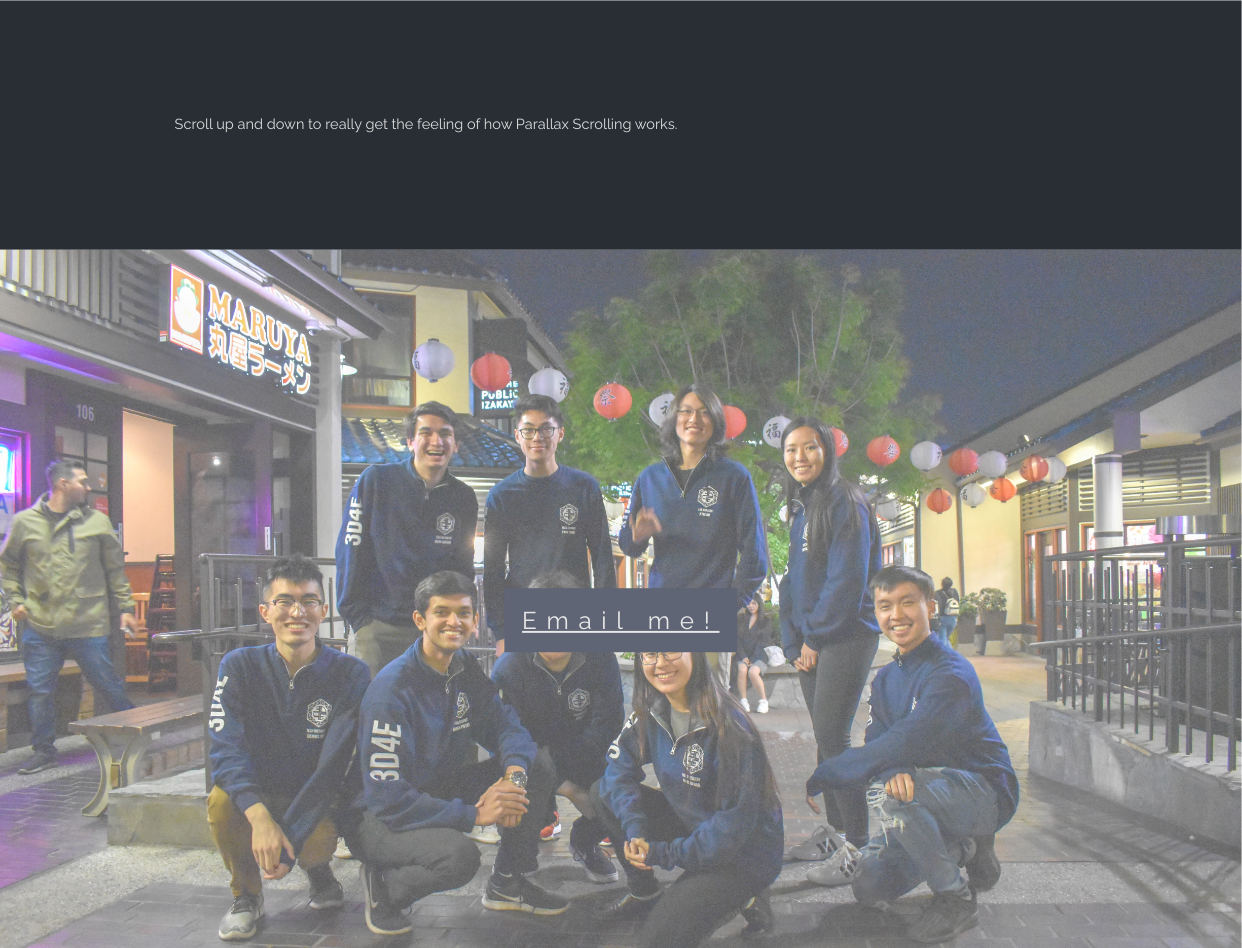
Repository: aliyuanh/me
Page: index.html
An editor plug-in stored every save of this project. The page is shown before and after the next save, followed by the edit.
The browser window is 1280 px wide. The pictures show the part of the page from y = 1986 to 2963 px (the page is 2963 px tall), at 97% of full size.

Above is the page before, as saved 2020-09-17 12:42:41.

### index.html
<!DOCTYPE html>
<html>

<head>
    <link href="https://fonts.googleapis.com/css2?family=Raleway:ital,wght@0,100;0,400;1,400;1,500&display=swap" rel="stylesheet">
    <meta name="viewport" content="width=device-width, initial-scale=1">
    <style>
         :root {
            --oxford-blue: #0b132bff;
            --space-cadet: #1c2541ff;
            --cadet-blue: #4da1a9ff;
            --wheat: #edd4b2ff;
            --mountbatten-pink: #9a7aa0ff;
        }

        body,
        html {
            height: 100%;
            margin: 0;
            font: 400 15px/1.8 "Raleway", sans-serif;
            color: #777;
        }

        .bgimg-1,
        .bgimg-2,
        .bgimg-3 {
            position: relative;
            opacity: 0.65;
            background-attachment: fixed;
            background-position: center;
            background-repeat: no-repeat;
            background-size: cover;
        }

        .bgimg-1 {
            background-image: url("img/tokyo.jpg");
            min-height: 100%;
        }

        .bgimg-2 {
            background-image: url("img/imagineering.jpg");
            min-height: 400px;
        }

        .bgimg-3 {
            background-image: url("img/cmmnd.png");
            min-height: 400px;
        }

        .caption {
            position: absolute;
            left: 0;
            top: 50%;
            width: 100%;
            text-align: center;
            color: #000;
        }

        .caption span.border {
            background-color: var(--oxford-blue);
            color: var(--wheat);
            padding: 18px;
            font-size: 25px;
            letter-spacing: 10px;
        }

        h3 {
            letter-spacing: 5px;
            text-transform: uppercase;
            font: 20px "Raleway", sans-serif;
            color: #111;
        }
        /* Turn off parallax scrolling for tablets and phones */

        .toResume {
            top: 10%;
            width: 100%;
            right: 10%;
            text-align: right;
            color: #000;
            position: absolute;
        }

        .resumeButton {
            background-color: var(--space-cadet);
            color: var(--wheat);
            padding: 18px;
            font-size: 16px;
            letter-spacing: 6px;
        }

        .headers {
            padding: 18px;
            font-size: 25px;
            letter-spacing: 10px;
            background-color: transparent;
            font-size: 35px;
            color: var(--wheat);
        }

        .blockForText {
            color: #ddd;
            background-color: #282E34;
            text-align: center;
            padding: 100px 180px;
            text-align: justify;
        }

        .titleForBlock {
            color: var(--wheat);
            background-color: transparent;
            text-align: center;
            top: 1em;
            font-size: x-large;
            text-shadow: 2px 2px 4px #000;
        }

        @media only screen and (max-device-width: 1024px) {
            .bgimg-1,
            .bgimg-2,
            .bgimg-3 {
                background-attachment: scroll;
            }
        }
        /* CSS HEX */
    </style>
</head>

<body>

    <div class="bgimg-1">
        <div class="toResume">
            <a class="resumeButton" href="https://drive.google.com/file/d/1WPi9M0jbwAtVQjWsxIvFWxaKqeurGUjf/view?usp=sharing">RESUME</a>
        </div>
        <div class="caption">
            <span class="border">AMANDA HAN</span>
        </div>
    </div>

    <div style="color: #777;background-color:white;text-align:center;padding:50px 80px;text-align: justify;">
        <h3 style="text-align:center;">Hi! I'm Amanda.</h3>
        <p>I'm a software developer interested in computer graphics and computer vision. Right now, I'm a junior Computer Science major at UCLA (go Bruins!). You can take a look at my professional work as an intern at Walt Disney Imagineering and Dolby Laboratories,
            as well as my computer graphics work down below.
        </p>
    </div>

    <div class="bgimg-2">
        <div class="caption">
            <span class="headers">PROFESSIONAL EXPERIENCE</span>
        </div>
    </div>

    <div style="position:relative;">
        <div style="color:#ddd;background-color:#282E34;text-align:center;padding:50px 80px;text-align: justify;">
            <p class="titleForBlock">Walt Disney Imagineering</p>
            <p>Scroll up and down to really get the feeling of how Parallax Scrolling works.</p>
        </div>
    </div>

    <div class="bgimg-3">
        <div class="caption">
            <span class="border" style="background-color:transparent;font-size:25px;color: #f7f7f7;">SCROLL UP</span>
        </div>
    </div>

    <div style="position:relative;">
        <div class="blockForText">
            <p>Scroll up and down to really get the feeling of how Parallax Scrolling works.</p>
        </div>
    </div>

    <div class="bgimg-1">
        <div class="caption">
            <span class="border"><a href="mailto: aliyuanh@ucla.edu" style="color:#ddd ">Email me!</a></span>
        </div>
    </div>

</body>

</html>

After the next save:
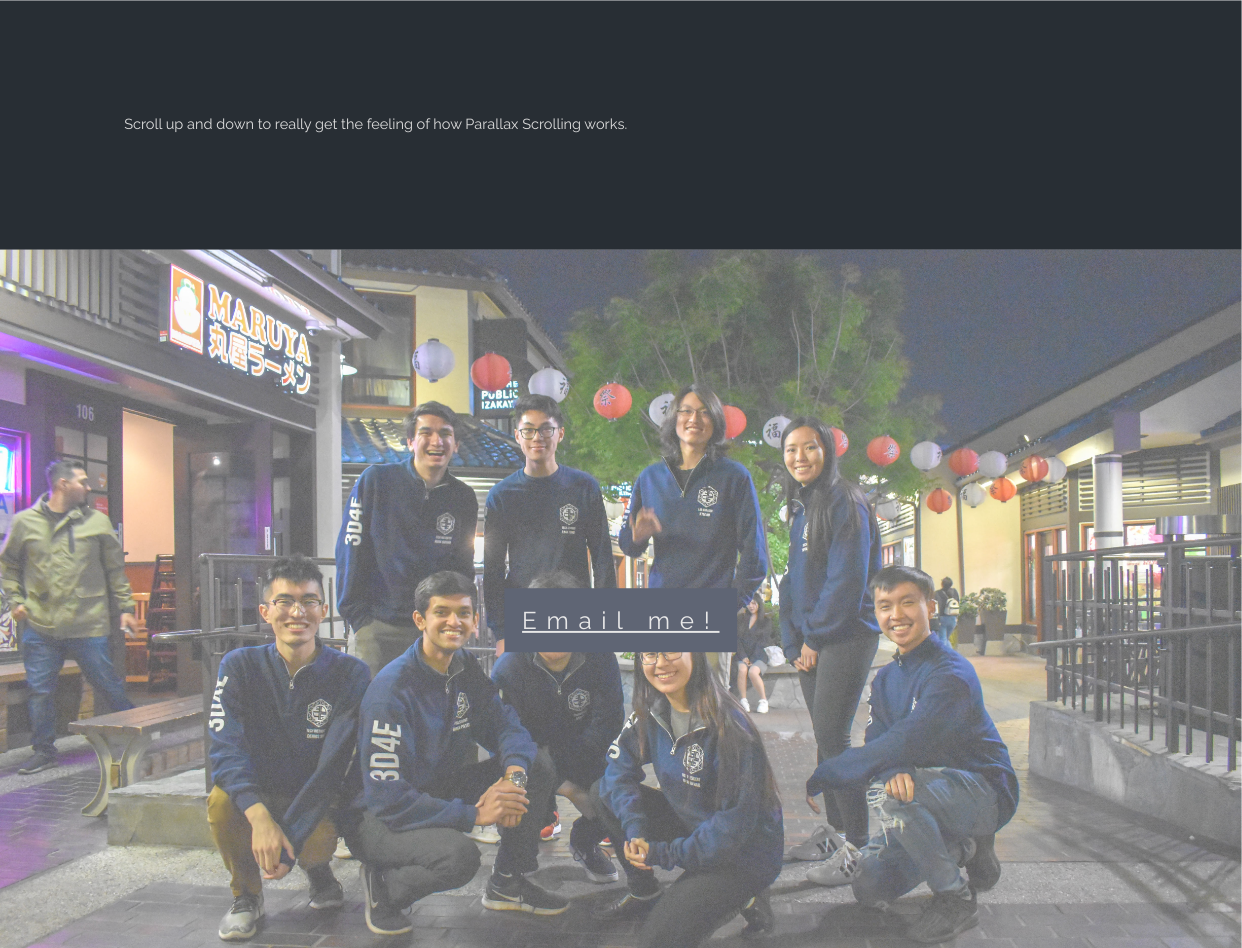
Saved 13 s later.
--- a/index.html
+++ b/index.html
@@ -102,7 +102,7 @@
             color: #ddd;
             background-color: #282E34;
             text-align: center;
-            padding: 100px 180px;
+            padding: 100px 10%;
             text-align: justify;
         }
 
